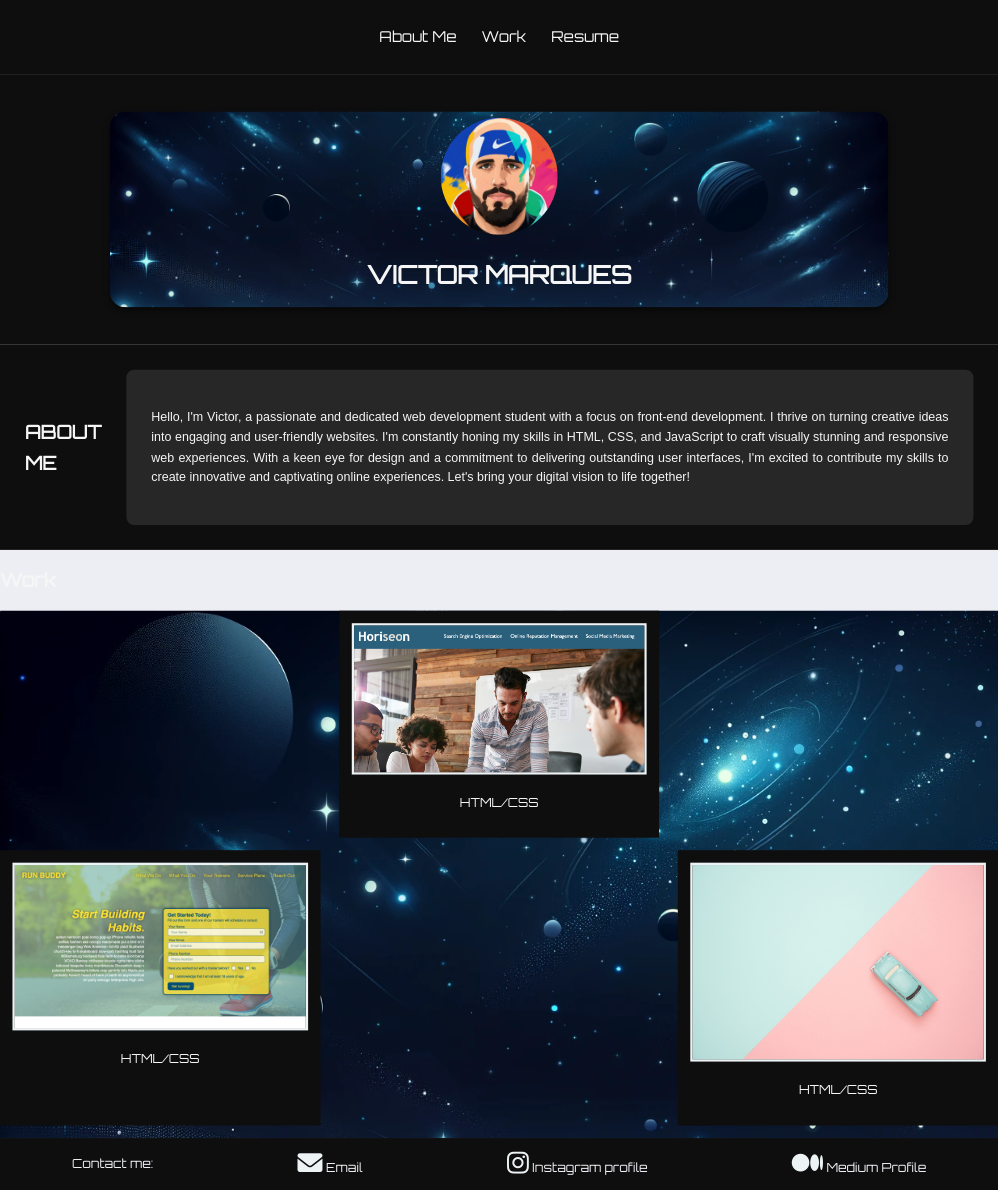
Repository: uvee35/Challenge2-Victor
Page: index.html
The author's editor kept a copy of each file at every save. The page is drawn from the files as they stood at one save, then again after the next save.
The browser window is 1280 px wide. The pictures show the whole page, at 78% of full size.

Above is the page before, as saved 2023-12-12 21:22:44.

After the next save:
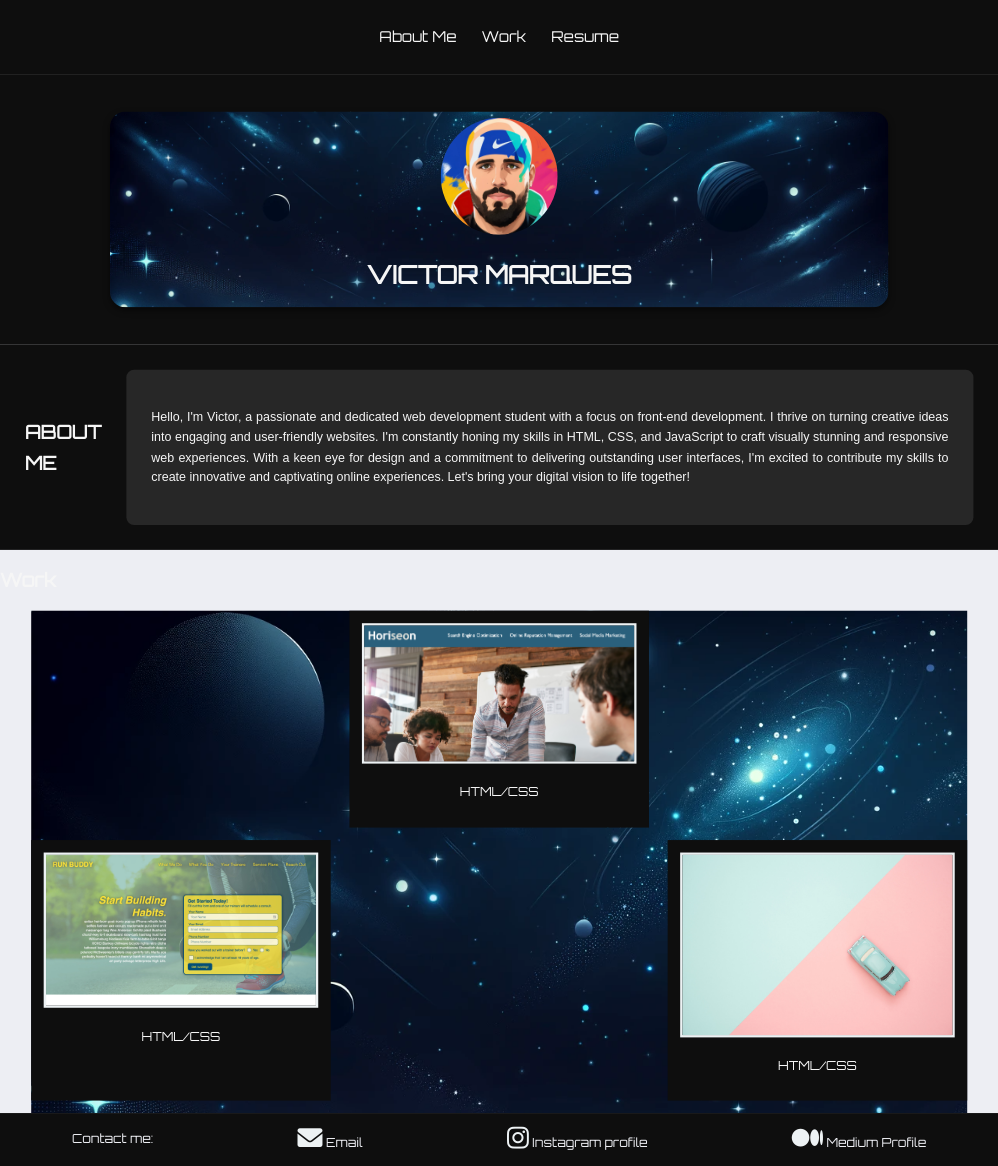
Saved 37 min 11 s later.
--- a/assets/style.css
+++ b/assets/style.css
@@ -186,8 +186,12 @@
   color: var(--accent-color);
 }
 .work__projects {
-  display: grid;
-  grid-template-columns: repeat(1, 1fr); /* One column layout for the top image */
+  display: flex;
+  flex-direction: column;
+  align-items: center;
+  width: 100%;
+  max-width: 1200px; /* Maximum width of the work projects container */
+  margin: 0 auto;
   gap: 1rem;
   background-image: url(../assets/background.png);
 }

After the save that followed:
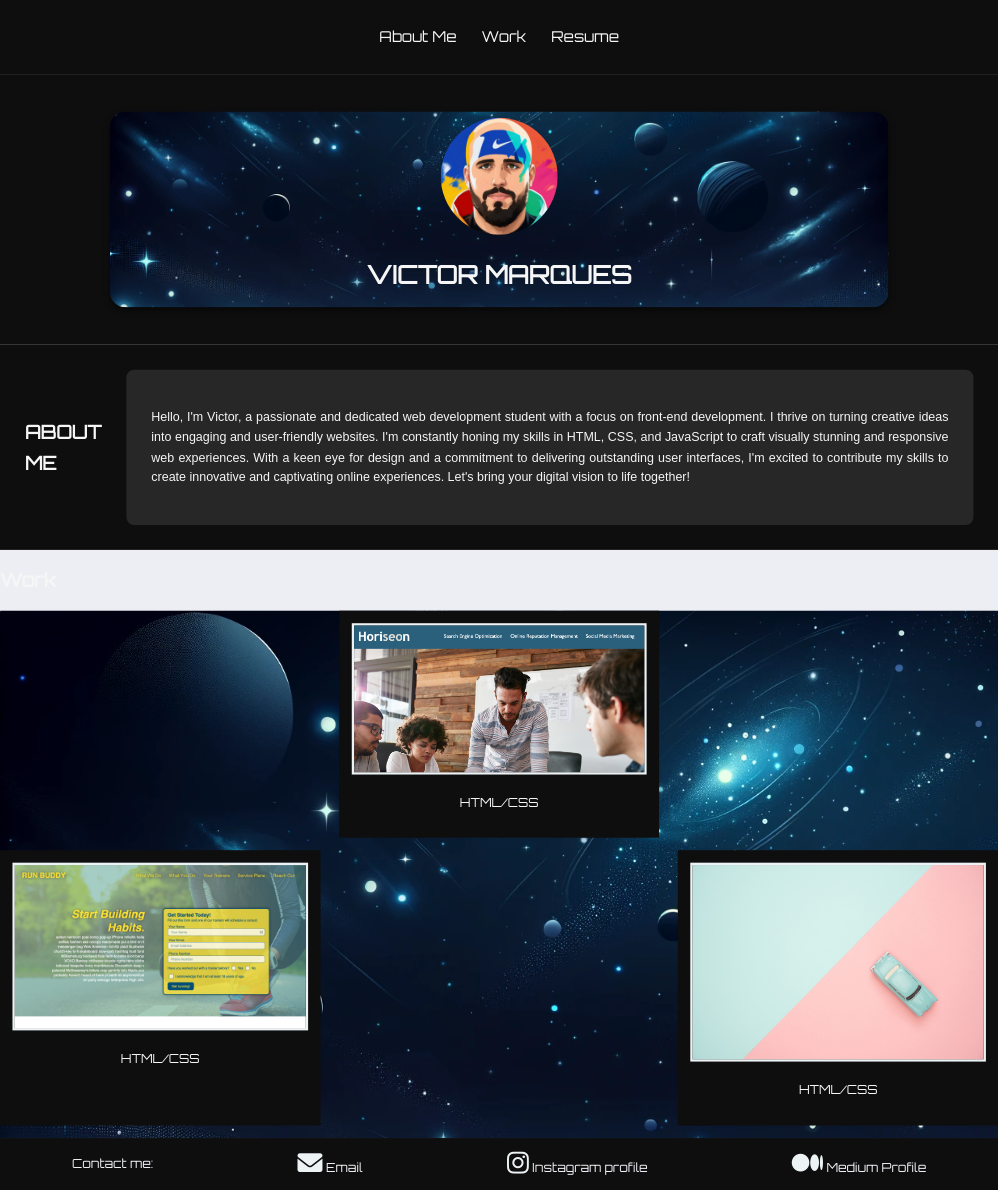
Saved 18 s later.
--- a/assets/style.css
+++ b/assets/style.css
@@ -186,12 +186,8 @@
   color: var(--accent-color);
 }
 .work__projects {
-  display: flex;
-  flex-direction: column;
-  align-items: center;
-  width: 100%;
-  max-width: 1200px; /* Maximum width of the work projects container */
-  margin: 0 auto;
+  display: grid;
+  grid-template-columns: repeat(1, 1fr); /* One column layout for the top image */
   gap: 1rem;
   background-image: url(../assets/background.png);
 }
@@ -204,7 +200,7 @@
 
   grid-template-columns: repeat(2, 1fr); /* Two columns layout for the underneath images */
   gap: 1rem;
-  size: 10pxss;
+  size: 10px;
 }
 .project-row {
   display: flex;
